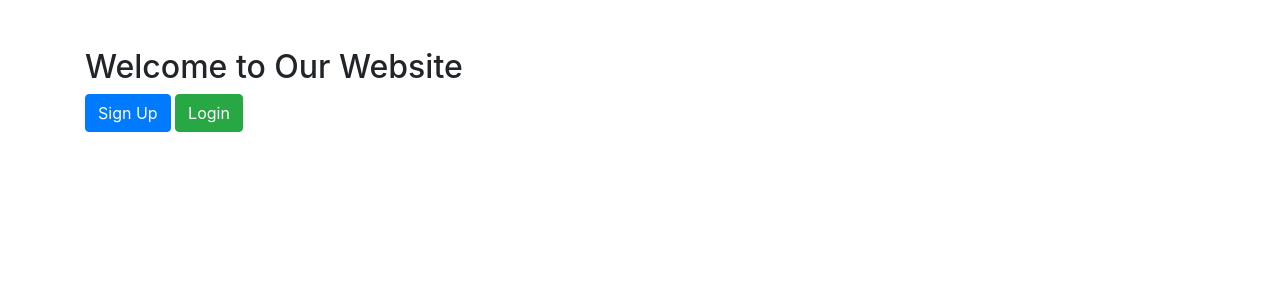
Repository: khoilvgcc210040/nextgenedu
Page: http://localhost/
The author's editor kept a copy of each file at every save. The page is drawn from the files as they stood at one save, then again after a run of saves.
The browser window is 1280 px wide. The pictures show the whole page.
The page is served by the project's application, run on Django 5.2 (manage.py).

Above is the page before, as saved 2024-08-10 17:50:36.

After the next 2 saves:
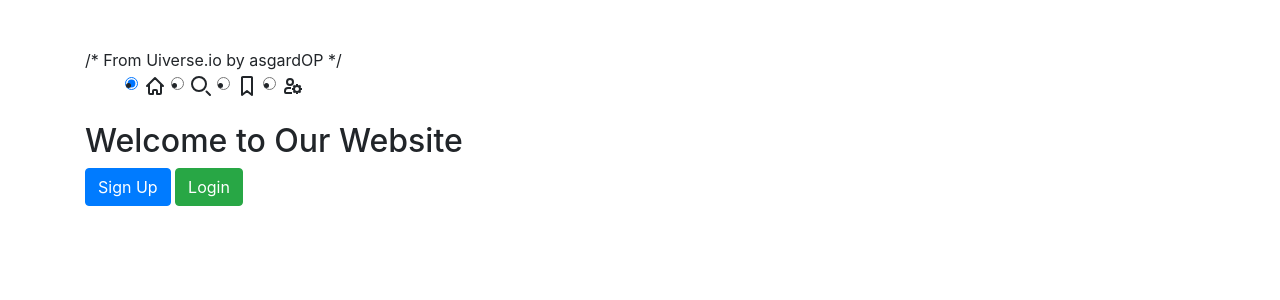
The 2 saves are shown as one change because they came seconds apart.
The last was saved 22 min 43 s later.
--- a/templates/home.html
+++ b/templates/home.html
@@ -9,7 +9,100 @@
 </head>
 <body>
     <div class="container mt-5">
-        <!-- Thay đổi giao diện dựa trên trạng thái đăng nhập -->
+        /* From Uiverse.io by asgardOP */
+<div id="navbody">
+  <form action="#">
+    <ul class="ul">
+      <input checked="" name="rad" class="radio" id="choose1" type="radio" />
+      <label for="choose1">
+        <li class="li">
+          <svg
+            viewBox="0 0 24 24"
+            fill="none"
+            height="24"
+            width="24"
+            xmlns="http://www.w3.org/2000/svg"
+            aria-hidden="true"
+            class="svg w-6 h-6 text-gray-800 dark:text-white"
+          >
+            <path
+              d="m4 12 8-8 8 8M6 10.5V19a1 1 0 0 0 1 1h3v-3a1 1 0 0 1 1-1h2a1 1 0 0 1 1 1v3h3a1 1 0 0 0 1-1v-8.5"
+              stroke-width="2"
+              stroke-linejoin="round"
+              stroke-linecap="round"
+              stroke="currentColor"
+            ></path>
+          </svg>
+        </li>
+      </label>
+      <input class="radio" name="rad" id="choose2" type="radio" />
+      <label for="choose2">
+        <li class="li">
+          <svg
+            viewBox="0 0 24 24"
+            fill="none"
+            height="24"
+            width="24"
+            xmlns="http://www.w3.org/2000/svg"
+            aria-hidden="true"
+            class="svg w-6 h-6 text-gray-800 dark:text-white"
+          >
+            <path
+              d="m21 21-3.5-3.5M17 10a7 7 0 1 1-14 0 7 7 0 0 1 14 0Z"
+              stroke-width="2"
+              stroke-linecap="round"
+              stroke="currentColor"
+            ></path>
+          </svg>
+        </li>
+      </label>
+      <input class="radio" name="rad" id="choose3" type="radio" />
+      <label for="choose3">
+        <li class="li">
+          <svg
+            viewBox="0 0 24 24"
+            fill="none"
+            height="24"
+            width="24"
+            xmlns="http://www.w3.org/2000/svg"
+            aria-hidden="true"
+            class="svg w-6 h-6 text-gray-800 dark:text-white"
+          >
+            <path
+              d="m17 21-5-4-5 4V3.889a.92.92 0 0 1 .244-.629.808.808 0 0 1 .59-.26h8.333a.81.81 0 0 1 .589.26.92.92 0 0 1 .244.63V21Z"
+              stroke-width="2"
+              stroke-linejoin="round"
+              stroke-linecap="round"
+              stroke="currentColor"
+            ></path>
+          </svg>
+        </li>
+      </label>
+      <input class="radio" name="rad" id="choose4" type="radio" />
+      <label for="choose4">
+        <li class="li">
+          <svg
+            viewBox="0 0 24 24"
+            fill="none"
+            height="24"
+            width="24"
+            xmlns="http://www.w3.org/2000/svg"
+            aria-hidden="true"
+            class="svg w-6 h-6 text-gray-800 dark:text-white"
+          >
+            <path
+              d="M10 19H5a1 1 0 0 1-1-1v-1a3 3 0 0 1 3-3h2m10 1a3 3 0 0 1-3 3m3-3a3 3 0 0 0-3-3m3 3h1m-4 3a3 3 0 0 1-3-3m3 3v1m-3-4a3 3 0 0 1 3-3m-3 3h-1m4-3v-1m-2.121 1.879-.707-.707m5.656 5.656-.707-.707m-4.242 0-.707.707m5.656-5.656-.707.707M12 8a3 3 0 1 1-6 0 3 3 0 0 1 6 0Z"
+              stroke-width="2"
+              stroke-linejoin="round"
+              stroke-linecap="square"
+              stroke="currentColor"
+            ></path>
+          </svg>
+        </li>
+      </label>
+    </ul>
+  </form>
+</div>
         <div id="auth-section">
             <!-- Nếu chưa đăng nhập -->
             {% if not user.is_authenticated %}
